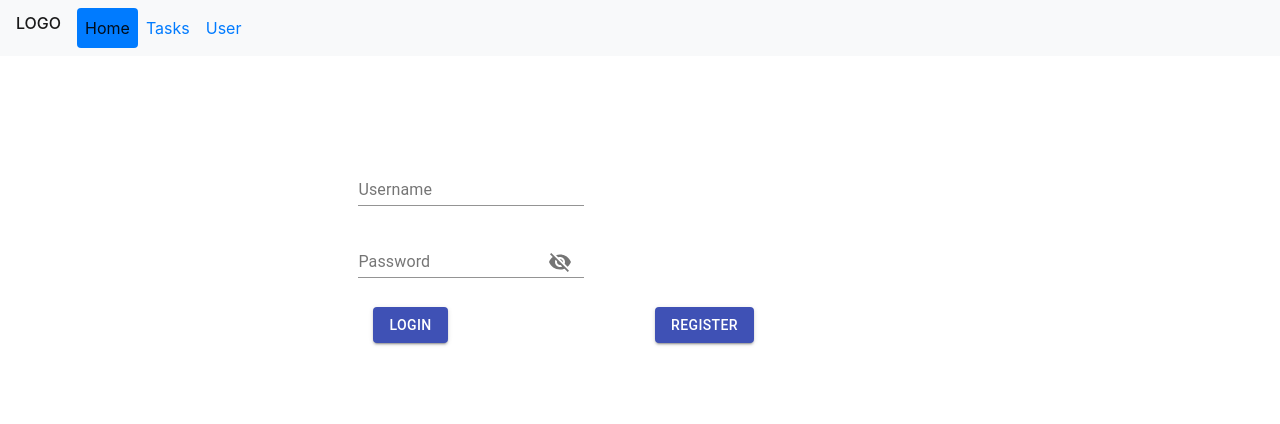
Repository: lalji-yadav/Nimapinfotech-demo-project
Page: /login
An editor plug-in stored every save of this project. The page is shown before and after the next save, followed by the edit.
The browser window is 1280 px wide. The pictures show the whole page.
The project was rebuilt for these pictures with package versions that can differ from the ones it lists, and the page was loaded fresh each time. Also part of the build but not shown: src/components/Home.js, src/components/Tasks.js, src/components/Users.js.

Above is the page before, as saved 2021-01-18 11:57:37.

After the next save:
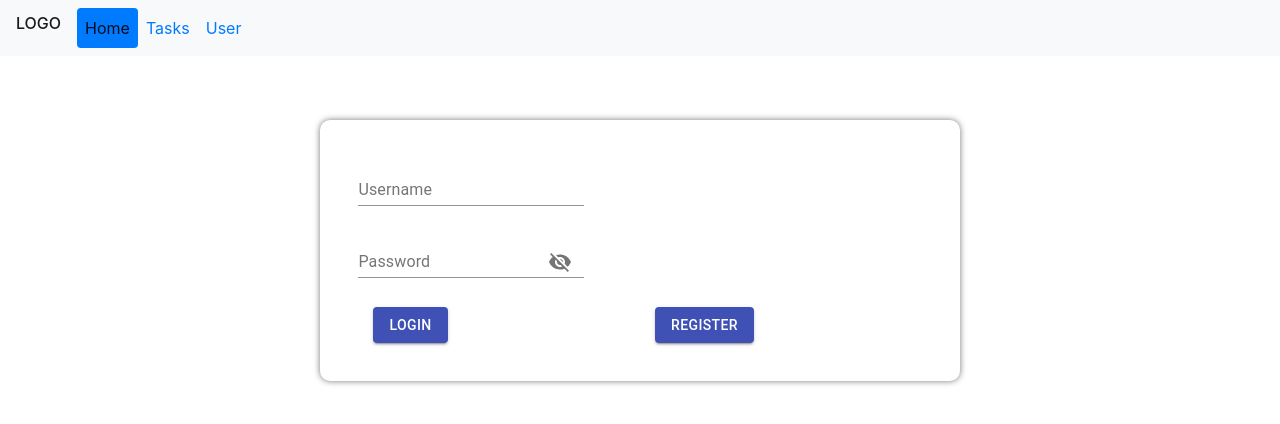
Saved 20 s later.
--- a/src/components/Login.js
+++ b/src/components/Login.js
@@ -70,7 +70,7 @@ const validate = values => {
 
   return (
     <div>
-      <div style={{width:"50%", margin:"5% 25% 0% 25%", padding:"3%"}}>
+      <div className="effect1" style={{width:"50%", margin:"5% 25% 0% 25%", padding:"3%"}}>
 
          <TextField id="username"
            // onChange={handleChange('username')}
